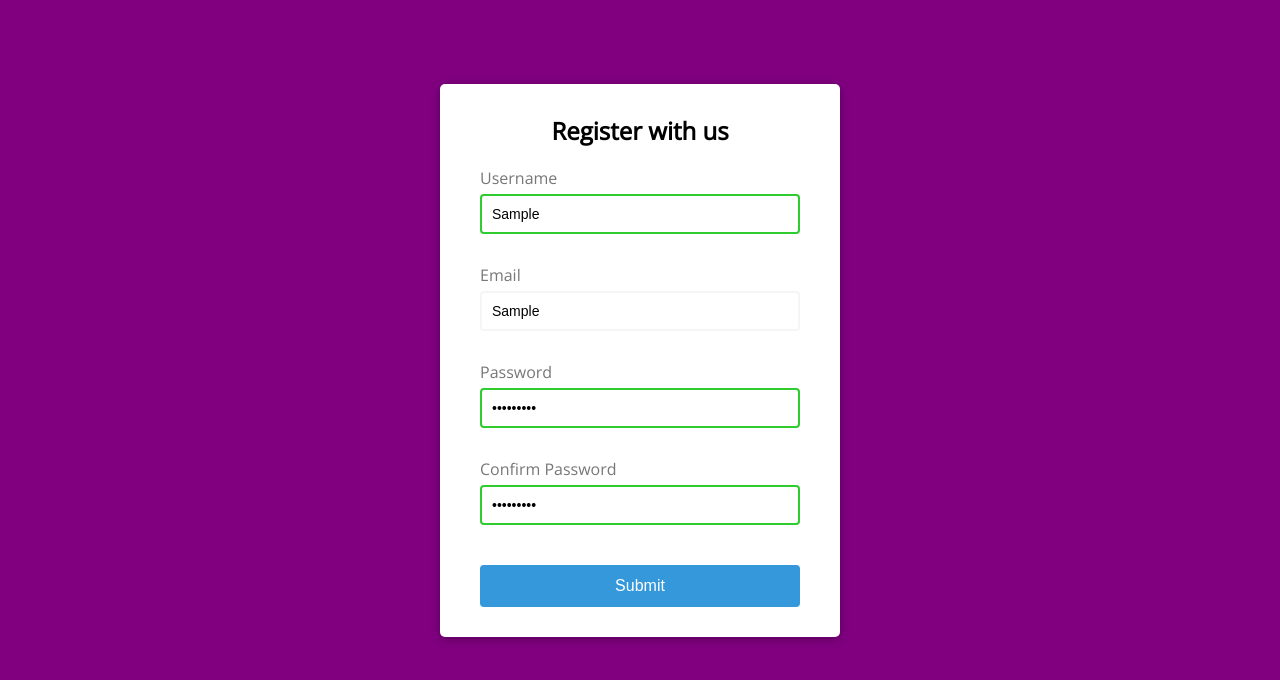
Repository: Azariagmt/Vanilla-javascript
Page: Form-Validator/index.html
These files come from the project's save history. The page is drawn as it stood at one moment and after the next save; the edit follows.
The browser window is 1280 px wide. The pictures show the whole page.
Empty fields were first filled with sample values (such as "Sample", 5 or name@example.com).
After loading, the first visible `#form` was submitted once.

Above is the page before, as saved 2020-04-21 12:41:08.

After the next save:
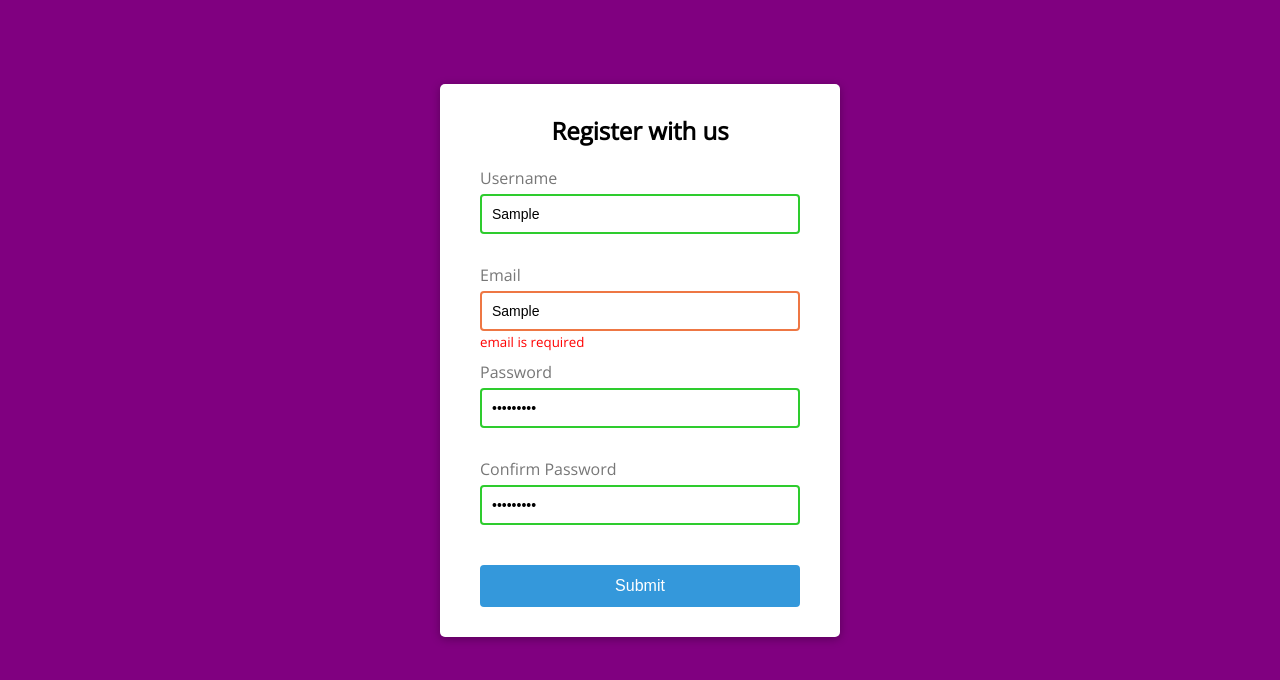
Saved 6 s later.
--- a/Form-Validator/script.js
+++ b/Form-Validator/script.js
@@ -35,6 +35,7 @@ form.addEventListener('submit', function(e){
     if(email.value === ''){
         showError(email,'email is required');
     }else if(!validateEmail(email)){
+        showError(email,'email is required');
 
     }else{
         showSuccess(email);
